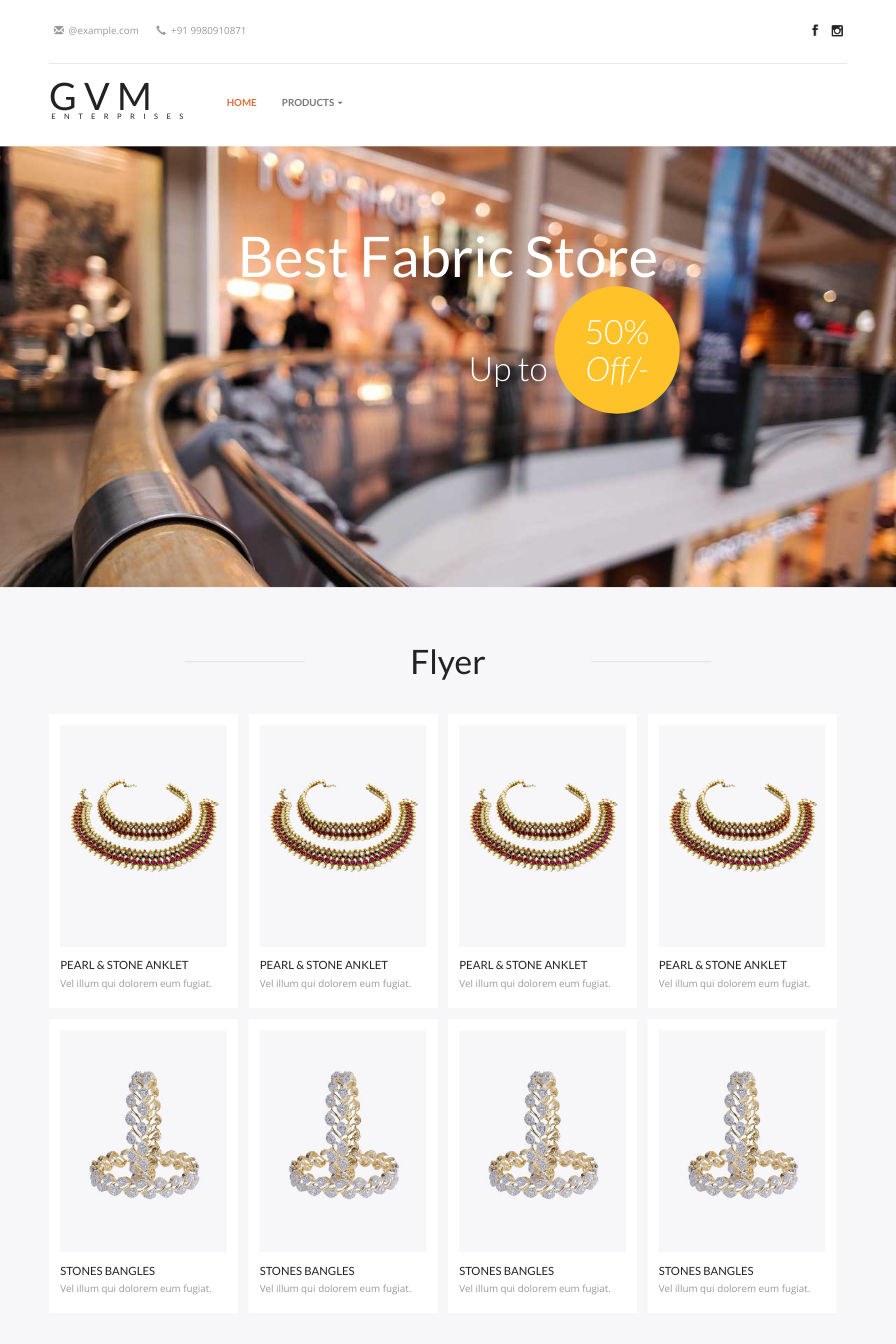
Repository: vinodmealla/flyerworkspace
Page: com.gvm.websample1/src/main/webapp/WEB-INF/index.html
An editor plug-in stored every save of this project. The page is shown before and after the next save, followed by the edit.
The browser window is 1280 px wide. The pictures show the part of the page from y = 0 to 1920 px (the page is 2579 px tall), at 70% of full size.

Above is the page before, as saved 2017-10-03 09:36:01.
Console error: SyntaxError: Unexpected token '('

After the next save:
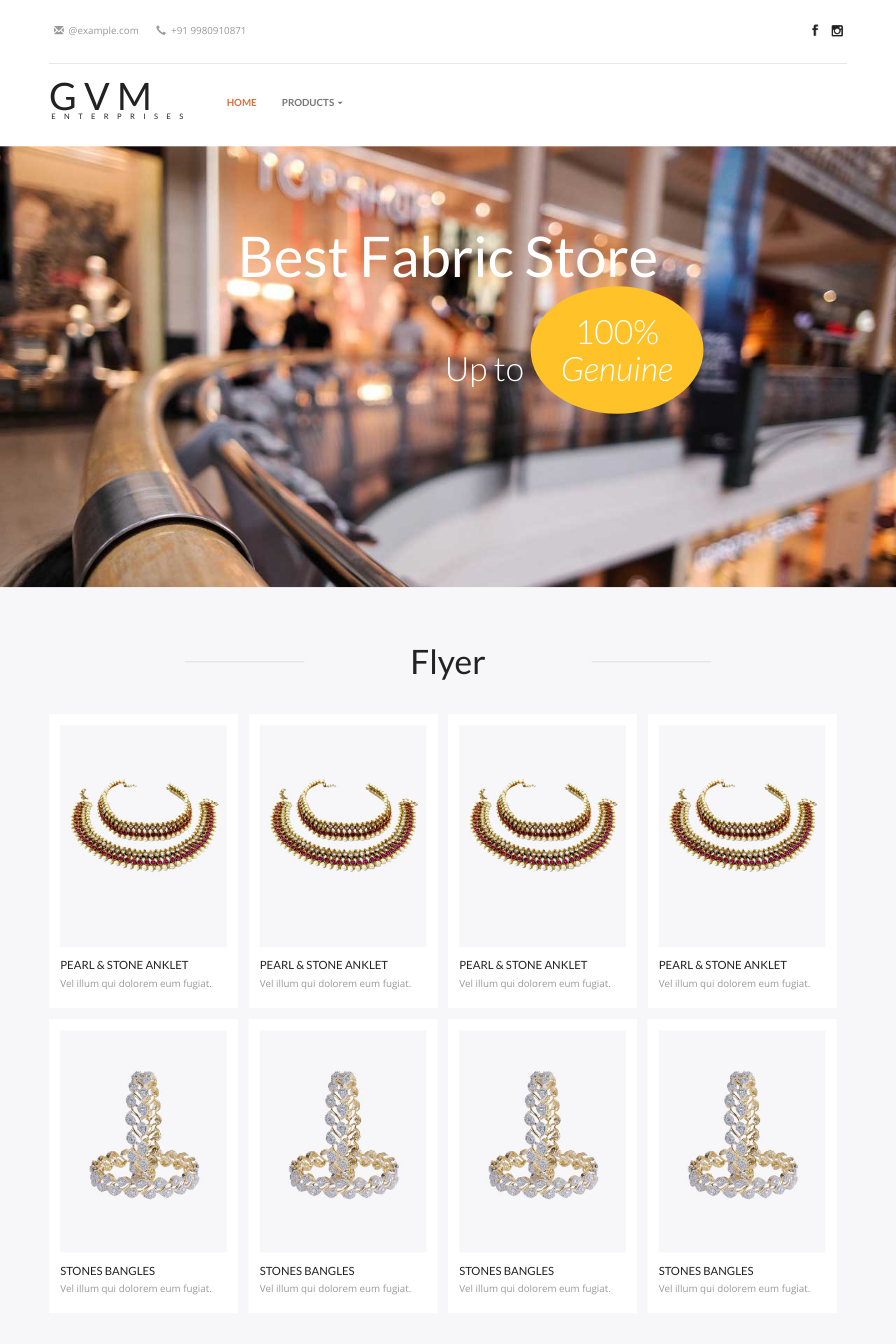
Saved 69 s later.
--- a/com.gvm.websample1/src/main/webapp/WEB-INF/index.html
+++ b/com.gvm.websample1/src/main/webapp/WEB-INF/index.html
@@ -200,7 +200,7 @@
 		<div class="container">
 			<div class="banner-info animated wow zoomIn" data-wow-delay=".5s">
 				<h3>Best Fabric Store</h3>
-				<h4>Up to <span>50% <i>Off/-</i></span></h4>
+				<h4>Up to <span>100% <i>Genuine</i></span></h4>
 				<div class="wmuSlider example1">
 					<div class="wmuSliderWrapper">
 						<article style="position: absolute; width: 100%; opacity: 0;">
